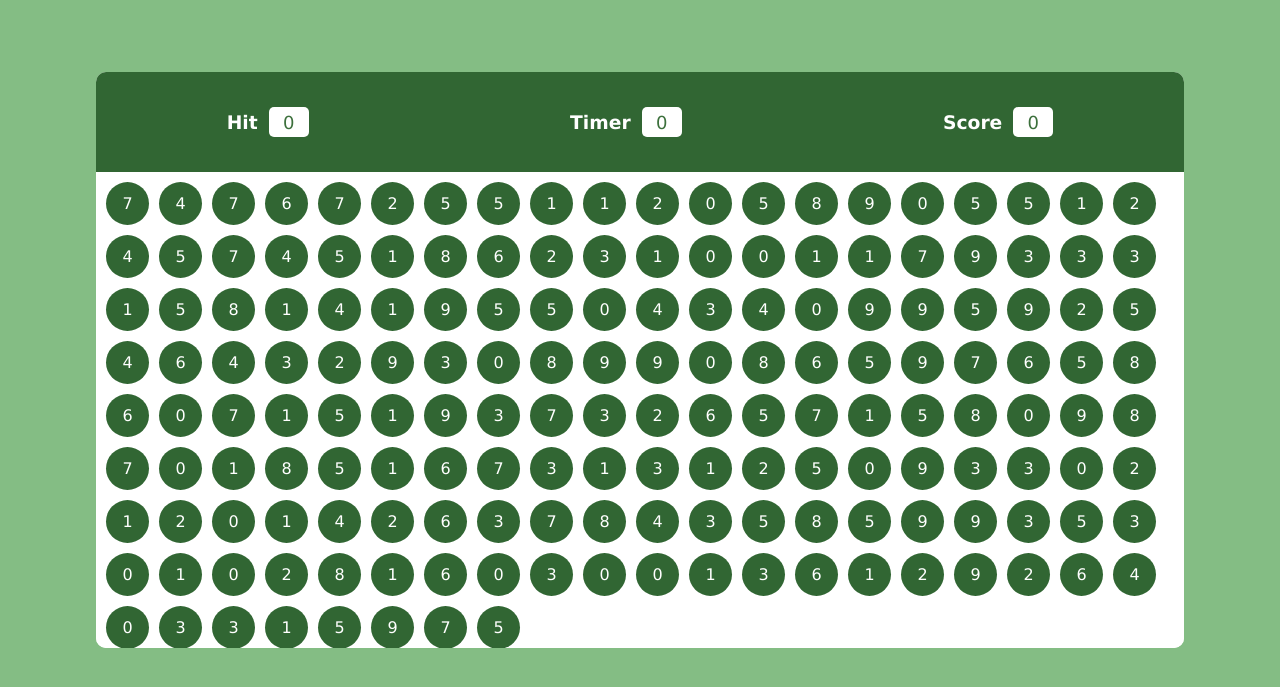
Repository: ketansharma22/BubbleGame
Page: index.html
The author's editor kept a copy of each file at every save. The page is drawn from the files as they stood at one save, then again after a run of saves.
The browser window is 1280 px wide. The pictures show the whole page.

Above is the page before, as saved 2024-02-18 23:37:30.

After the next 3 saves:
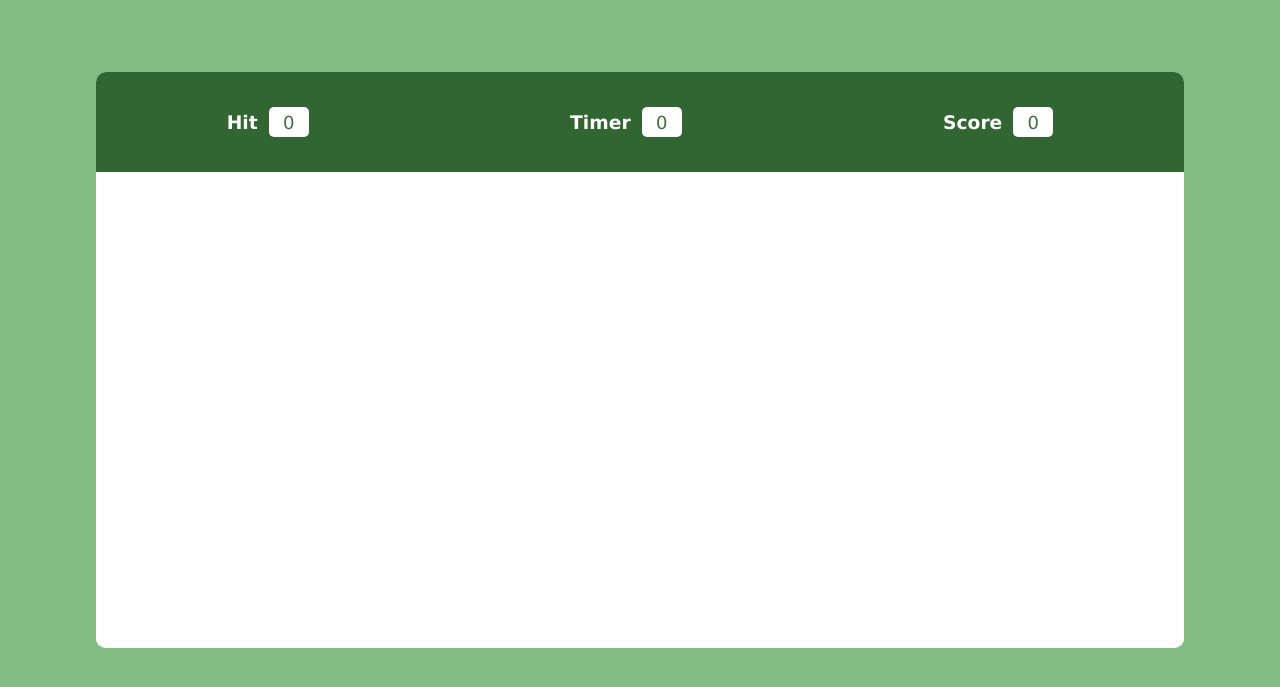
Console error: SyntaxError: Unexpected token '}'
The 3 saves are shown as one change because they came seconds apart.
The last was saved 24 s later.
--- a/scripts.js
+++ b/scripts.js
@@ -9,7 +9,7 @@
 }
 
 function hitGenerate(){
-
+    var rn=
 }
 
 

After the 2 saves that followed:
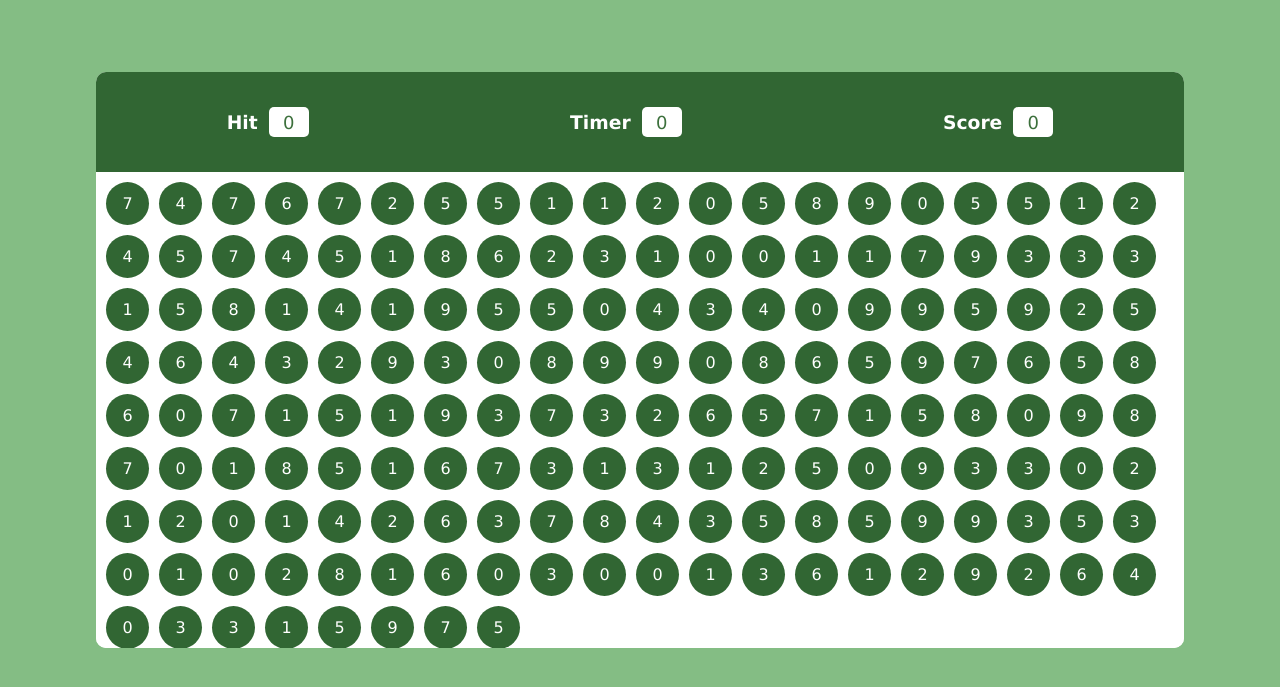
The error is gone.
The 2 saves are shown as one change because they came seconds apart.
The last was saved 7 s later.
--- a/scripts.js
+++ b/scripts.js
@@ -9,7 +9,7 @@
 }
 
 function hitGenerate(){
-    var rn=
+    var rn=Math.floor
 }
 
 
